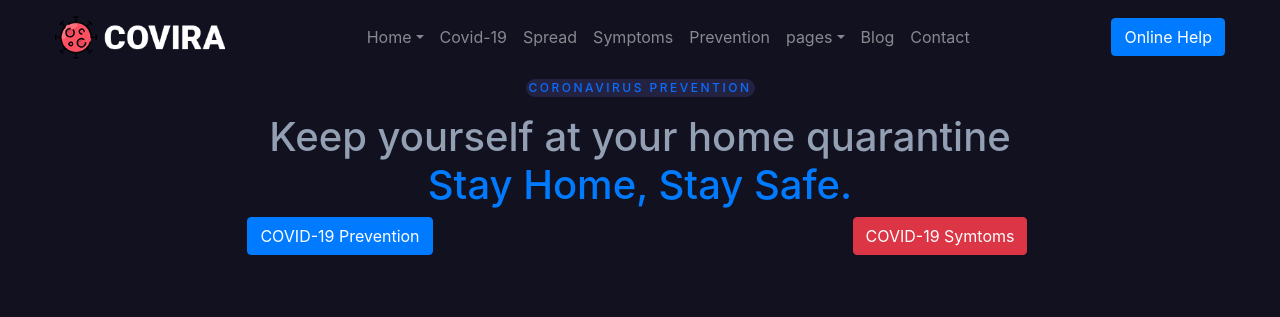
Repository: sitikhusushan/corona_updates
Page: index.html
The author's editor kept a copy of each file at every save. The page is drawn from the files as they stood at one save, then again after the next save.
The browser window is 1280 px wide. The pictures show the whole page.

Above is the page before, as saved 2020-06-04 21:20:02.

After the next save:
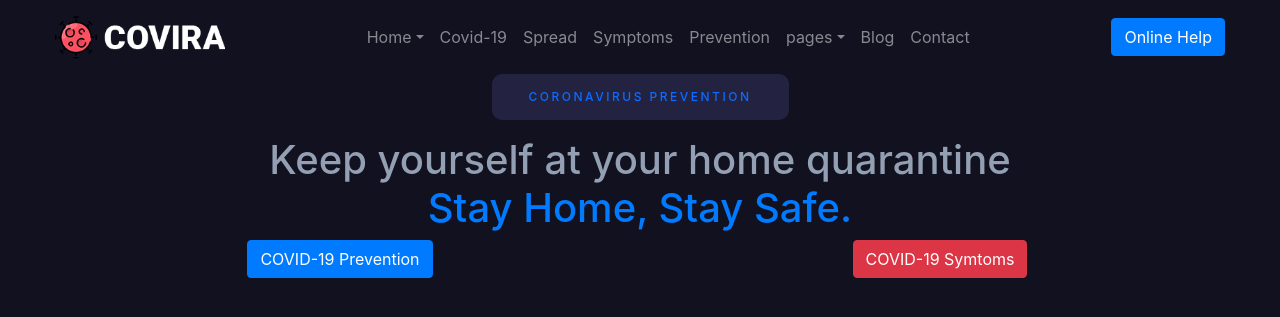
Saved 104 s later.
--- a/style.css
+++ b/style.css
@@ -26,6 +26,8 @@ nav .container .logo img {
   border: #232341 solid;
   background-color: #232341;
   color: #0d6bff;
+  padding: 14px 34px;
+  margin-bottom: 16px;
 }
 
 @font-face {
